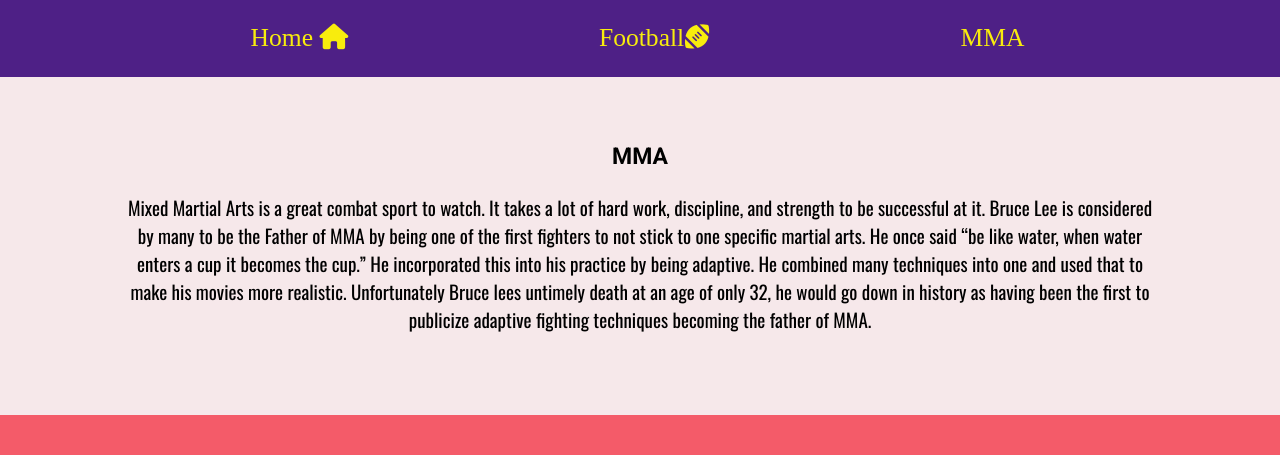
Repository: nak97/personal-site
Page: mma.html
An editor plug-in stored every save of this project. The page is shown before and after the next save, followed by the edit.
The browser window is 1280 px wide. The pictures show the part of the page from y = 0 to 455 px (the page is 2055 px tall).
Pictures or frames that could not be fetched are drawn as grey boxes. Some icons come from a web library that is not loaded, so they are not drawn. Some web libraries are served in a nearby version.

Above is the page before, as saved 2023-03-27 13:40:38.

### mma.html
<!DOCTYPE html>
<html lang="en">
<head>
  <meta charset="UTF-8">
  <meta http-equiv="X-UA-Compatible" content="IE=edge">
  <meta name="viewport" content="width=device-width, initial-scale=1.0">
  <title>MMA</title>
  <link rel="stylesheet" href="personal-site.css">
  <link href="https://fonts.googleapis.com/css2?family=Oswald:wght@200;400&family=Roboto:wght@700&display=swap" rel="stylesheet">
  <link rel="preconnect" href="https://fonts.googleapis.com">
  <script src="https://kit.fontawesome.com/615002bc5f.js" crossorigin="anonymous"></script>
</head>
<body>
  <div class="container">

  <nav>
    <a href="index.html" target="_blank">Home <i class="fa-solid fa-house"></i></a>
    <a href="football.html" target="_blank">Football<i class="fa-solid fa-football"></i></a>
    <a href="mma.html" target="_blank">MMA <i class="fa-solid fa-boxing-glove"></i> </a>
  </nav>
<section class="lacrosse football mma">

  <p>
    <h3>MMA</h3>
<p>
  Mixed Martial Arts is a great combat sport to watch. It takes a lot of hard work, discipline, and strength to be successful at it. Bruce Lee is considered by many to be the Father of MMA by being one of the
  first fighters to not stick to one specific martial arts. He once said “be like water, when water enters a cup it becomes the cup.” He incorporated this into his practice by being adaptive. He combined many techniques into one and
  used that to make his movies more realistic. Unfortunately Bruce lees untimely death at an age of only 32, he would go down in history as having been the first to publicize adaptive fighting techniques becoming the father of MMA.
</p>
  </p>
</section>
  <section>
  <div class="Laxvideos">
    <div
    class="vid1"><iframe width="360" height="315"src="https://www.youtube-nocookie.com/embed/0YLADMQQMFo" title="YouTube video player" frameborder="0" allow="accelerometer; autoplay; clipboard-write; encrypted-media; gyroscope; picture-in-picture; web-share" allowfullscreen></iframe>
    <p>video 1</p>
    </div>

    <div class="vid2">
      <iframe width="360" height="315" src="https://www.youtube-nocookie.com/embed/OAD7W6ktGus" title="YouTube video player" frameborder="0" allow="accelerometer; autoplay; clipboard-write; encrypted-media; gyroscope; picture-in-picture; web-share" allowfullscreen></iframe>
      <p>Video 2</p>
    </div>

    <div class="vid3">
      <iframe width="360" height="315" src="https://www.youtube-nocookie.com/embed/tp-9ddJawj0" title="YouTube video player" frameborder="0" allow="accelerometer; autoplay; clipboard-write; encrypted-media; gyroscope; picture-in-picture; web-share" allowfullscreen></iframe>
      <p>Video 3</p>
    </div>
  </div>
</section>

<section class="rules">

  <h3> Basic Rules  </h3>
  <p>MMA has a lot of rules that are designed to protect the fighters from unecessary injury or immediate lethal contact that could lead to permanent injury or death.
    It makes sense to have so many rules due to the nature of the sport. It is classified as a combat sport which is one above full contact. While the purpose of full contact sports is not necesarrily to
  cause harm to the opposing player but rather to add an extra level of difficulty and skill by allowing physical contact to occur. In MMA theres only one purpose, to win by beating your opponent into submission. Here are a few of the rules.
For starters when it comes to equipment, everyone is required to wear gloves and other equipment that have lycra in it. It is against the rules to grab someones fingers. It is also against the rules to hit an opponent in the back of the head, neck, the throat, spine or to the intimate parts.
Which makes sense because if these parts of the body were allowed to be hit, it would essentially be like gladiators fighting to the death, and that would be a lot less popular to participate in or to watch. You also cant pinch, grab or tear your opponents skin. If you are standing
you cant kick, stomp or bring the tip of your elbow down onto them. There is also a point system that serves as a moderator to determine who wins if neither competitor knocks the other out. Its based on how many penalties they get. So While it seems like MMA is a lawless anything goes sport it is
much more sophisticated than people think. It certainly is brutal, and certainly is not for everyone.     </p>
</section>

<section class="LaxImages">
<div class="images">
  <div class="img1">
    <img src="./images/butterbean1.webp" alt="image for page" alt="image for page3" class="img-1">
      <p>
        Butterbean (on the left) is a well known boxer/mma fighter. He fought much better as a boxer due to how limiting the contact rules are. His punches were like freight trains knocking many people out in the first round. When he tried MMA he quickly learned how powerful a standing kick to the head is. This was the most common way to knock him out.
      </p>
  </div>


<div class="img2">
  <img src="./images/hit-to-face.webp" alt="image for page"  class="img-2">
    <p>
      Getting punched in the face is very common in MMA. Many of the fighters eventually receive permanent brain injuries from the many concussions they could get. Some have even died in the ring. However thanks to the rules death in the ring is a rare thing and it only happens a few times a year. I was pretty surprised to find that out.
    </p>
</div>

</div>
</section>

    <footer><a href="site-plan.html"> Site Plan <i class="fa-solid fa-ruler-triangle"></i></a></footer>
  </div>
</body>
</html>















<!-- <!DOCTYPE html>
<html lang="en">
<head>
  <meta charset="UTF-8">
  <meta http-equiv="X-UA-Compatible" content="IE=edge">
  <meta name="viewport" content="width=device-width, initial-scale=1.0">
  <title>MMA</title>
  <link rel="stylesheet" href="personal-site.css">
  <script src="https://kit.fontawesome.com/615002bc5f.js" crossorigin="anonymous"></script>
</head>
<body>
  <nav>
    <a href="index.html" target="_blank">Home <i class="fa-solid fa-house"></i></a>
    <a href="football.html" target="_blank">Football<i class="fa-solid fa-football"></i></a>
    <a href="lacrosse.html" target="_blank">Lacrosse <i class="fa-solid fa-lacrosse-stick-ball"></i></a>
  </nav>
  <h3>MMA</h3>
      <p>
        Mixed Martial Arts is a great combat sport to watch. It takes a lot of hard work, discipline, and strength to be successful at it. Bruce Lee is considered by many to be the Father of MMA by being one of the
        first fighters to not stick to one specific martial arts. He once said “be like water, when water enters a cup it becomes the cup.” He incorporated this into his practice by being adaptive. He combined many techniques into one and
        used that to make his movies more realistic. Unfortunately Bruce lees untimely death at an age of only 32, he would go down in history as having been the first to publicize adaptive fighting techniques becoming the father of MMA.
      </p>
      <p>Images for the Page 3</p>
      <img src="./images/butterbean1.webp" alt="image for page">
      <img src="./images/hit-to-face.webp" alt="image for page">
</body>
</html> -->

### personal-site.css

body{
  background-color: #F6E8EA;
  padding: 0 ;
  margin: 0;
}

 h3 {
  font-family: 'Roboto', sans-serif;
  font-size: 23px;
}

p {
  font-family: 'Oswald', sans-serif;
  font-size: 19px;
}

  .container {display: grid;}

a{text-decoration: none;}

.home h3 {
  text-align: center;
}

.home .p1 {
  padding: 11px 60px 69px;
}

.home .p2 {
  padding: 11px 60px 69px;
}


nav{
  display: flex;
  justify-content: space-evenly;
  background-color: #4e2086;
  line-height: 3em;
  text-align: center;
  font-size: 1.6em;
}

nav a { color: #f8ec0d;}

nav a:hover {color: #F45B69;}

.lacrosse h3, p {text-align: center;}

.lacrosse p {padding: 0px 121px;}

.lacrosse { margin: 43px 0;}

.Laxvideos{
  margin-top: 20px;
  display: flex;
  justify-content: space-evenly;
  text-align: center;
  background-color: #F45B69;
  padding-top: 40px;
}

.rules{margin: 50px 0;}

.rules h3, p {text-align: center;}

.rules p {padding: 0px 121px;}

.LaxImages {
  background-color: #4e2086;
}

.LaxImages p {color:#f8ec0d;
}

.images {
  display: flex;
  justify-content: space-between;
  padding-top: 54px;
}

.img1{margin-left: 105px;}

.img1 p {text-align: center; }

.img2 {margin-left: 312px;}

.img2 p{
  text-align: center;
  margin-right: 70px;
}

.img-1{
  margin-left: 40px;
  width: 400px;
  height: 300px;}

.img-2{
  margin-left: 16px;
  width: 400px;
  height: 300px;
}

footer{
margin-top: 45px;
text-align: center;
margin-bottom: 60px;}

footer a {
  background-color: #4e2086;
  color: #f8ec0d;
  padding: 20px;
}

footer a:hover {
  color: #F45B69;
}

After the next save:
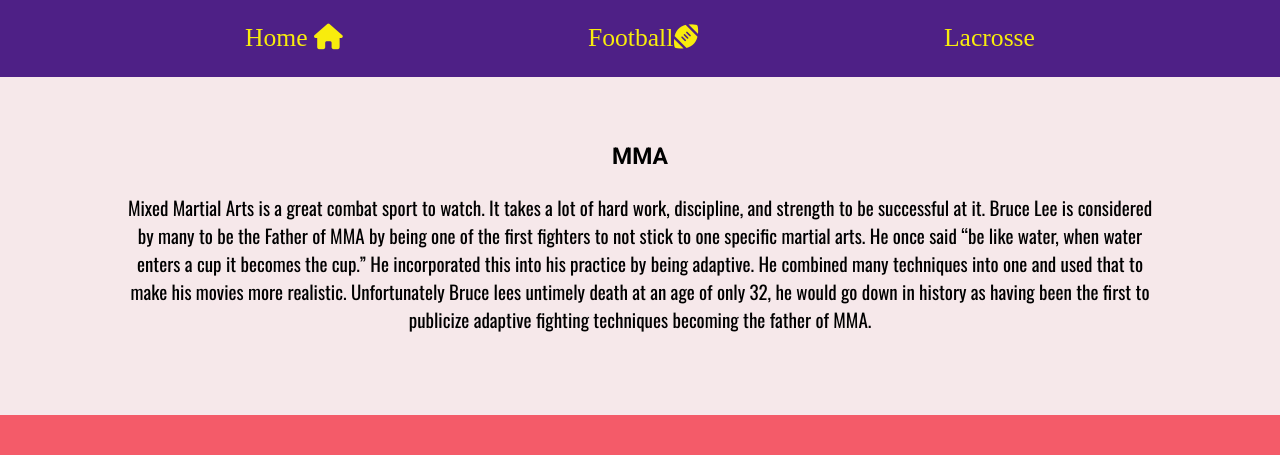
Saved 22 s later.
--- a/mma.html
+++ b/mma.html
@@ -16,7 +16,7 @@
   <nav>
     <a href="index.html" target="_blank">Home <i class="fa-solid fa-house"></i></a>
     <a href="football.html" target="_blank">Football<i class="fa-solid fa-football"></i></a>
-    <a href="mma.html" target="_blank">MMA <i class="fa-solid fa-boxing-glove"></i> </a>
+    <a href="lacrosse.html" target="_blank">Lacrosse<i class="fa-solid fa-lacrosse-stick-ball"></i></a>
   </nav>
 <section class="lacrosse football mma">
 
